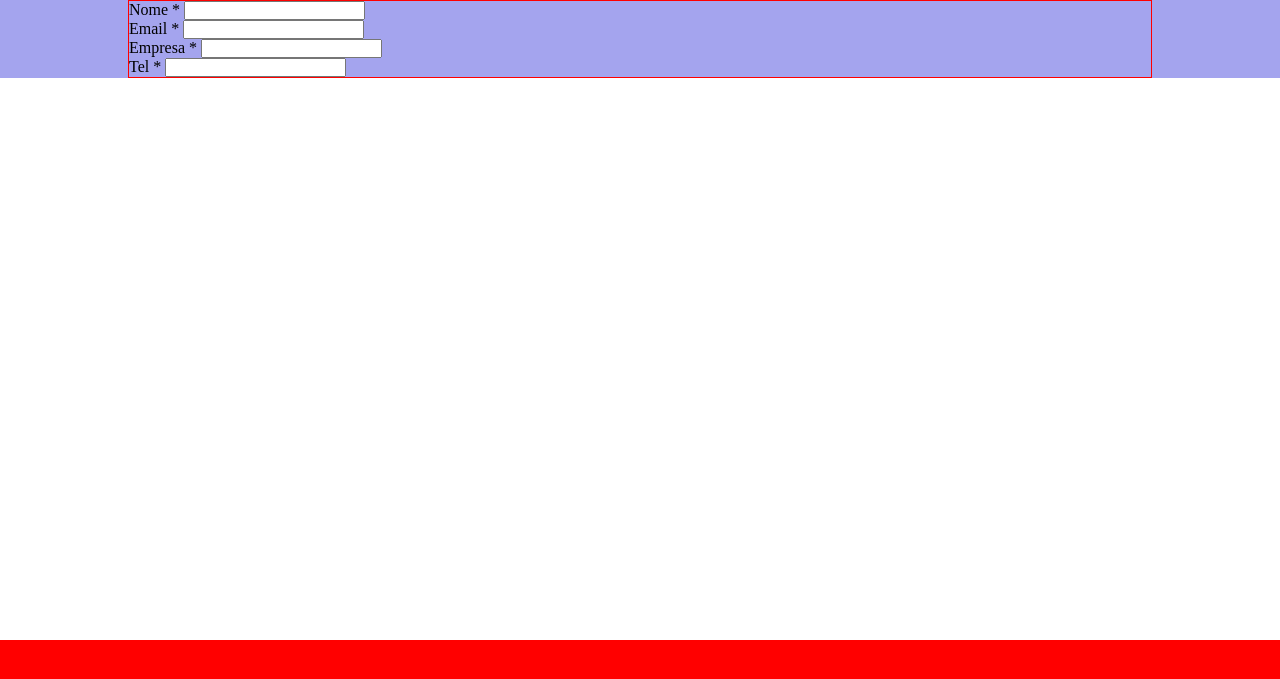
Repository: ecrseer/contatenos-html-js
Page: contatenos.html
The author's editor kept a copy of each file at every save. The page is drawn from the files as they stood at one save, then again after the next save.
The browser window is 1280 px wide. The pictures show the whole page.

Above is the page before, as saved 2021-12-27 14:29:17.

### contatenos.html
<!DOCTYPE html>
<html lang="en">

<head>
    <meta charset="UTF-8">
    <meta http-equiv="X-UA-Compatible" content="IE=edge">
    <meta name="viewport" content="width=device-width, initial-scale=1.0">
    <title>Contate-nos</title>
    <link rel="stylesheet" href="reset.css">
    <link rel="stylesheet" href="contatenos.css">
</head>

<body>

    <main class="main">
        <form action="enviar" method="post">
            <div>
                <label for="Nome">Nome *</label>
                <input type="text">
            </div>
            <div>
                <label for="Email">Email *</label>
                <input type="email">
            </div>
            <div>
                <label for="Empresa">Empresa *</label>
                <input type="text">
            </div>
            <div>
                <label for="Tel">Tel *</label>
                <input type="text">
            </div>

        </form>
    </main>
    <section class="bottomnav">

    </section>

    <script src="contatenos.js"></script>
</body>

</html>

### contatenos.css
body{
    width: 100%;
    display: flex;
}
.main{
    background: rgb(164, 164, 238);
    width: 100%;
    height: 100%;
}
.bottomnav{
    background: red;
    position: fixed;
    bottom: 0;
    width: 100%;
    height: 5em;
}
form{
    width: 80%;
    border: 1px red solid;
    justify-content: center;
    align-self: center;
    justify-self: center;
}

### contatenos.js
//alert('hi')

Loaded but not shown: reset.css (common file)

After the next save:
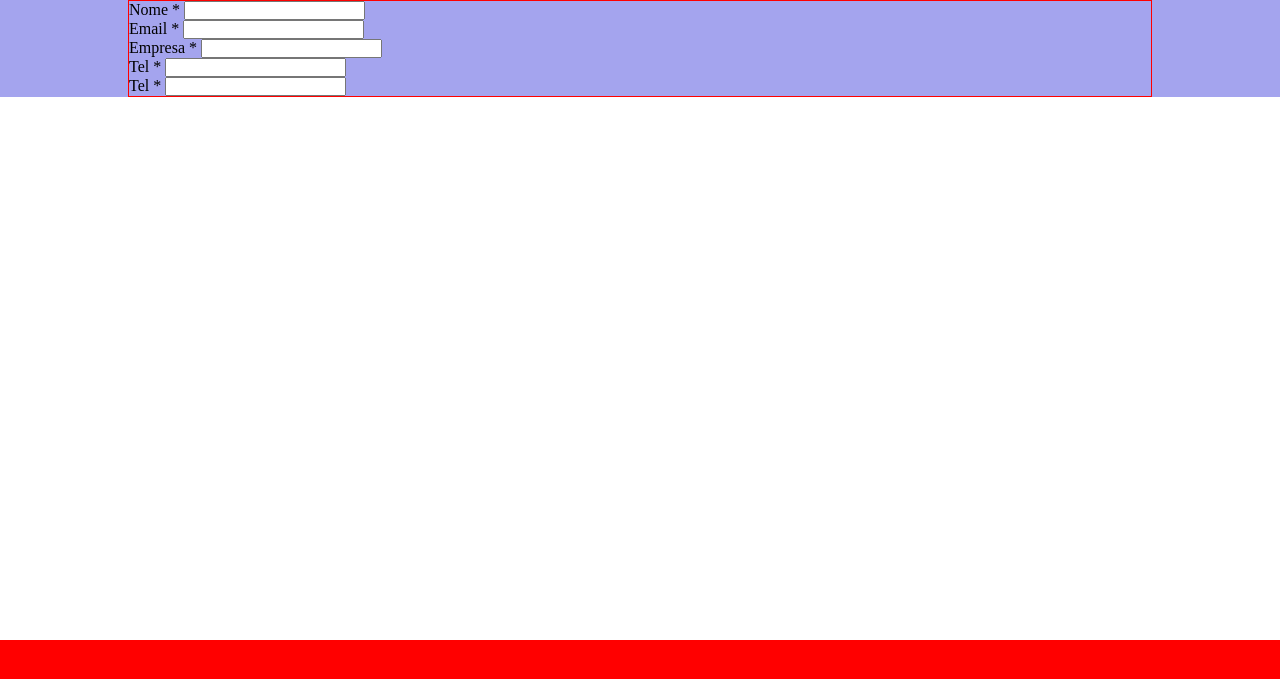
Saved 65 s later.
--- a/contatenos.html
+++ b/contatenos.html
@@ -30,6 +30,10 @@
                 <label for="Tel">Tel *</label>
                 <input type="text">
             </div>
+            <div>
+                <label for="Tel">Tel *</label>
+                <input type="text">
+            </div>
 
         </form>
     </main>
